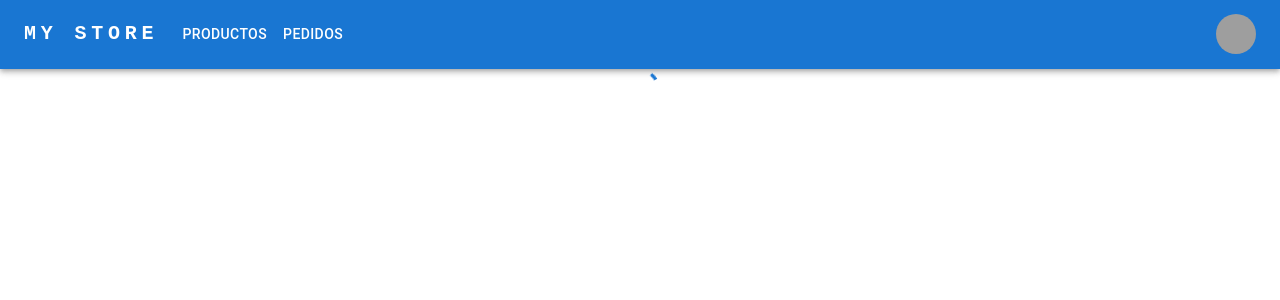
Repository: DanielBorussia/front-my-store
Page: /
An editor plug-in stored every save of this project. The page is shown before and after the next save, followed by the edit.
The browser window is 1280 px wide. The pictures show the whole page.
Pictures or frames that could not be fetched are drawn as grey boxes. The page's requests for data from a server got no answer. The project was rebuilt for these pictures with package versions that can differ from the ones it lists, and the page was loaded fresh each time. No one was signed in, and anything a server would have sent is missing. Also part of the build but not shown: src/components/ProductItem.js.

Above is the page before, as saved 2023-07-01 01:59:22.

### src/index.js
import React from 'react';
import ReactDOM from 'react-dom/client';
import './index.css';
import App from './routes/App';
import reportWebVitals from './reportWebVitals';

const root = ReactDOM.createRoot(document.getElementById('root'));
root.render(
  <React.StrictMode>
    <App />
  </React.StrictMode>
);

// If you want to start measuring performance in your app, pass a function
// to log results (for example: reportWebVitals(console.log))
// or send to an analytics endpoint. Learn more: https://bit.ly/CRA-vitals
reportWebVitals();

### src/index.css
body {
  margin: 0;
  -webkit-font-smoothing: antialiased;
  -moz-osx-font-smoothing: grayscale;
}

code {
  font-family: source-code-pro, Menlo, Monaco, Consolas, "Courier New",
    monospace;
}

### src/routes/App.js
import React from 'react';
import { BrowserRouter, Routes, Route } from 'react-router-dom';
import useInitialState from '../hooks/useInitialState';
import AppContext from '../context/AppContext';
import Layout from '../containers/Layout';
import Home from '../pages/Home';

const App = () => {
    const initialState = useInitialState();
    return (
        //encapsular la aplicacion para compartir la informacion
        <AppContext.Provider value={initialState}>
        <BrowserRouter>
            <Layout>
            <Routes>
                <Route exact path="/" element={<Home/>} />
            </Routes>
            </Layout>
        </BrowserRouter>
        </AppContext.Provider>

    );
}

export default App;

### src/hooks/useInitialState.js
import { useState } from 'react';

const initialState = {
    cart: [],
}

const useInitialState = () => {
    const [state, setState] = useState(initialState);

    const addToCart = (payload) => {
        setState({
            ...state,
            cart: [...state.cart, payload]
        });
    };

    const removeFromCart = (payload) => {
        setState({
            ...state,
            cart: state.cart.filter(item => item.id != payload.id),
        })
    }

    return {
        state,
        addToCart,
        removeFromCart
    }
}

export default useInitialState;

### src/containers/Layout.js
import React from 'react';
import Header from '../components/Header';

const Layout = ({ children }) => {
	return (
		<div className="Layout">
			<Header />
			{children}
		</div>
	);
}

export default Layout;

### src/pages/Home.js
import React from 'react';
import ProductList from '../containers/ProductList';

const Home = () => {
	return (
		<>
			<ProductList/>
		</>
	);
}

export default Home;

### src/components/Header.js
import React from 'react';
// UI
import AppBar from '@mui/material/AppBar';
import Box from '@mui/material/Box';
import Toolbar from '@mui/material/Toolbar';
import IconButton from '@mui/material/IconButton';
import Typography from '@mui/material/Typography';
import Menu from '@mui/material/Menu';
import MenuIcon from '@mui/icons-material/Menu';
import Container from '@mui/material/Container';
import Avatar from '@mui/material/Avatar';
import Button from '@mui/material/Button';
import Tooltip from '@mui/material/Tooltip';
import MenuItem from '@mui/material/MenuItem';
import AdbIcon from '@mui/icons-material/Adb';
import ShoppingCartIcon from '@mui/icons-material/ShoppingCart';

const pages = ['Productos', 'Pedidos'];
const settings = ['Perfil', 'Mis Pedidos', 'Salir'];

const Header = () => {

    const [anchorElNav, setAnchorElNav] = React.useState(null);
    const [anchorElUser, setAnchorElUser] = React.useState(null);

    const handleOpenNavMenu = (event) => {
        setAnchorElNav(event.currentTarget);
    };

    const handleOpenUserMenu = (event) => {
        setAnchorElUser(event.currentTarget);
    };

    const handleCloseNavMenu = () => {
        setAnchorElNav(null);
    };

    const handleCloseUserMenu = () => {
        setAnchorElUser(null);
    };

    return (
    <AppBar position="static">
      <Container maxWidth="xl">
        <Toolbar disableGutters>
          <Typography
            variant="h6"
            noWrap
            component="a"
            href="/"
            sx={{
              mr: 2,
              display: { xs: 'none', md: 'flex' },
              fontFamily: 'monospace',
              fontWeight: 700,
              letterSpacing: '.3rem',
              color: 'inherit',
              textDecoration: 'none',
            }}
          >
            MY STORE
          </Typography>

          <Box sx={{ flexGrow: 1, display: { xs: 'flex', md: 'none' } }}>
            <IconButton
              size="large"
              aria-label="account of current user"
              aria-controls="menu-appbar"
              aria-haspopup="true"
              onClick={handleOpenNavMenu}
              color="inherit"
            >
              <MenuIcon />
            </IconButton>
            <Menu
              id="menu-appbar"
              anchorEl={anchorElNav}
              anchorOrigin={{
                vertical: 'bottom',
                horizontal: 'left',
              }}
              keepMounted
              transformOrigin={{
                vertical: 'top',
                horizontal: 'left',
              }}
              open={Boolean(anchorElNav)}
              onClose={handleCloseNavMenu}
              sx={{
                display: { xs: 'block', md: 'none' },
              }}
            >
              {pages.map((page) => (
                <MenuItem key={page} onClick={handleCloseNavMenu}>
                  <Typography textAlign="center">{page}</Typography>
                </MenuItem>
              ))}
            </Menu>
          </Box>
          <AdbIcon sx={{ display: { xs: 'flex', md: 'none' }, mr: 1 }} />


          <Typography
            variant="h5"
            noWrap
            component="a"
            href=""
            sx={{
              mr: 2,
              display: { xs: 'flex', md: 'none' },
              flexGrow: 1,
              fontFamily: 'monospace',
              fontWeight: 700,
              letterSpacing: '.3rem',
              color: 'inherit',
              textDecoration: 'none',
            }}
          >
            MY STORE
          </Typography>
          <Box sx={{ flexGrow: 1, display: { xs: 'none', md: 'flex' } }}>
            {pages.map((page) => (
              <Button
                key={page}
                onClick={handleCloseNavMenu}
                sx={{ my: 2, color: 'white', display: 'block' }}
              >
                {page}
              </Button>
            ))}
          </Box>

          <Box sx={{ flexGrow: 0 }}>
            <Tooltip title="Open settings">
              <IconButton onClick={handleOpenUserMenu} sx={{ p: 0 }}>
                <Avatar alt="Remy Sharp" src="/static/images/avatar/2.jpg" />
              </IconButton>
            </Tooltip>
            <Menu
              sx={{ mt: '45px' }}
              id="menu-appbar"
              anchorEl={anchorElUser}
              anchorOrigin={{
                vertical: 'top',
                horizontal: 'right',
              }}
              keepMounted
              transformOrigin={{
                vertical: 'top',
                horizontal: 'right',
              }}
              open={Boolean(anchorElUser)}
              onClose={handleCloseUserMenu}
            >
              {settings.map((setting) => (
                <MenuItem key={setting} onClick={handleCloseUserMenu}>
                  <Typography textAlign="center">{setting}</Typography>
                </MenuItem>
              ))}
            </Menu>
          </Box>
        </Toolbar>
      </Container>
    </AppBar>
  );
}

export default Header;

### src/containers/ProductList.js
import React from 'react';
import ProductItem from '../components/ProductItem';
//use Hooks
import useGetProducts from '../hooks/useGetProducts';

// styles component
import './../styles/ProductList.scss';
import Loading from '../shared/Loading';

//UI
import Box from '@mui/material/Box';

const ProductList = () => {
    const { loading , products } = useGetProducts();
	return (
		<section className="main__container">
            {loading ? (
               <Loading />
              ) : (
                <Box className="productList">
                    {products.map(product => (
                        <ProductItem product={product} key={product.id} />
                    ))}
                </Box>
            )}
		</section>
	);
}

export default ProductList;

### src/hooks/useGetProducts.js
import { useEffect, useState } from 'react';
import axios from 'axios';
const API = 'https://api.escuelajs.co/api/v1/products';
const useGetProducts = () => {
    const [products, setProducts] = useState([]);
    const [loading, setLoading] = useState(false);

    const getData = async () => {
        setLoading(true);
        const response = await axios(API);
        setLoading(false);
		setProducts(response.data);
    }
	useEffect(() => {
		getData();
	}, []);

    return { loading, products };
};

export default useGetProducts;

### src/styles/ProductList.scss
@import 'vars';

.productList {
	display: grid;
	grid-template-columns: repeat(auto-fill, 240px);
	gap: 26px;
	place-content: center;
	margin: 3em 0 0 0;
}

@media (max-width: 640px) {
	.productList {
		grid-template-columns: repeat(auto-fill, 140px);
	}
}

### src/shared/Loading.js
import React from "react";

//UI
import Box from '@mui/material/Box';
import { CircularProgress } from '@mui/material';

const Loading = ({ size = 40, color = "primary" }) => {
  return (
    <Box display="flex" alignItems="center" justifyContent="center">
      <CircularProgress color={color} size={size} />
    </Box>
  );
};

export default Loading;

### src/styles/ProductItem.scss
@import 'vars';

.productItem {
	width: 240px;
}
.productItem img {
	width: 240px;
	height: 240px;
	border-radius: 20px;
	object-fit: cover;
	cursor: pointer;
}
.productItem__info {
	cursor: pointer;
	display: flex;
	justify-content: space-between;
	align-items: center;
	margin-top: 12px;
}
.productItem__info figure {
	margin: 0;
}
.productItem__info figure img {
	width: 35px;
	height: 35px;
}
.productItem__info div p:nth-child(1) {
	font-weight: bold;
	font-size: var(--md);
	margin-top: 0;
	margin-bottom: 4px;
}
.productItem__info div p:nth-child(2) {
	font-size: var(--sm);
	margin-top: 0;
	margin-bottom: 0;
	color: var(--very-light-pink);
}
@media (max-width: 640px) {
	.cards-container {
		grid-template-columns: repeat(auto-fill, 140px);
	}
	.ProductItem {
		width: 140px;
	}
	.ProductItem img {
		width: 140px;
		height: 140px;
	}
}

### src/styles/_vars.scss
:root {
	--white: #FFFFFF;
	--black: #000000;
	--very-light-pink: #C7C7C7;
	--text-input-field: #F7F7F7;
	--hospital-green: #ACD9B2;
	--sm: 14px;
	--md: 16px;
	--lg: 18px;
}

Loaded but not shown: public/index.html (common file); src/reportWebVitals.js (common file); src/context/AppContext.js (common file)

After the next save:
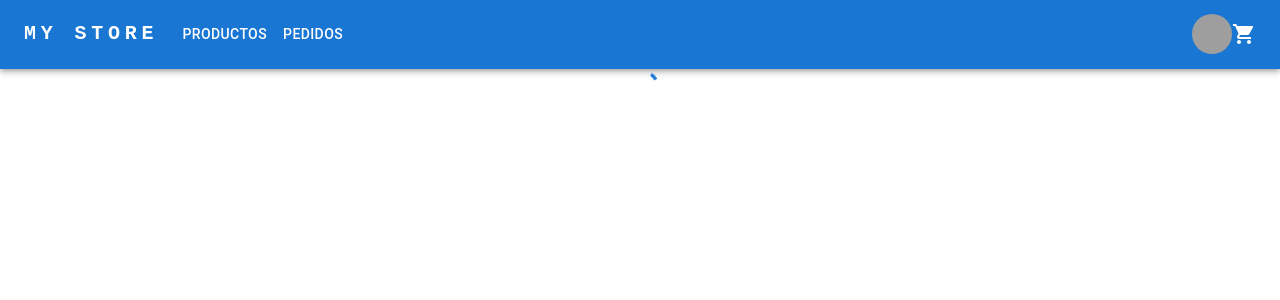
Saved 117 s later.
--- a/src/components/Header.js
+++ b/src/components/Header.js
@@ -159,6 +159,7 @@ const Header = () => {
               ))}
             </Menu>
           </Box>
+          <ShoppingCartIcon />
         </Toolbar>
       </Container>
     </AppBar>
